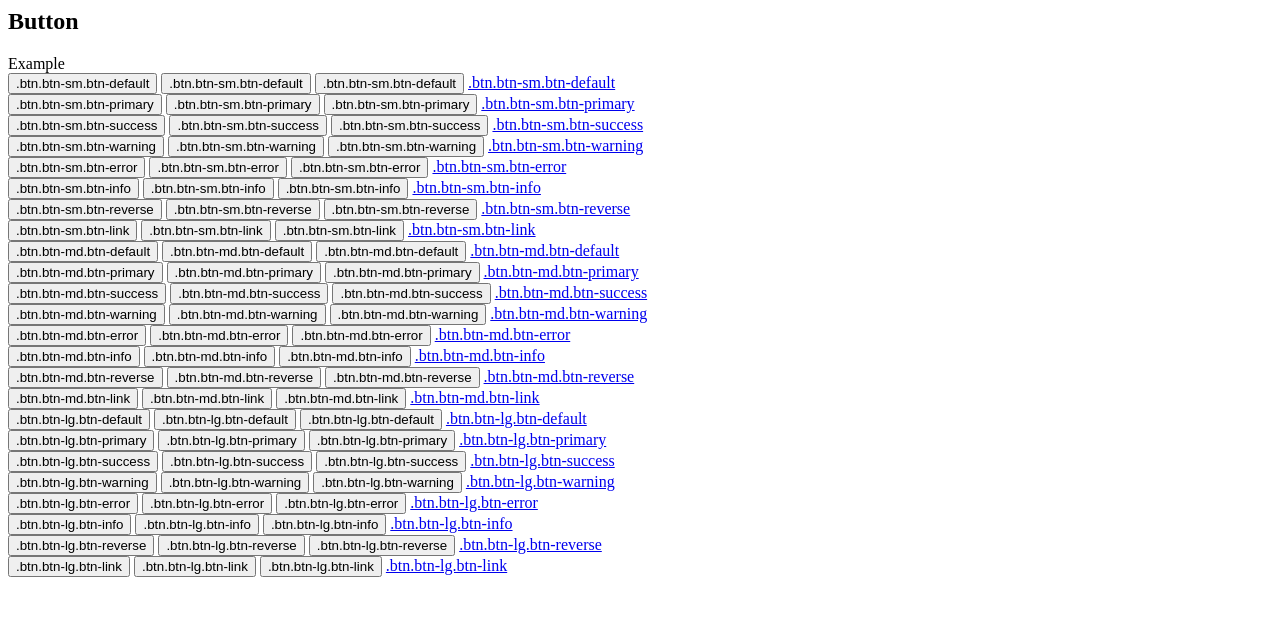
Repository: sympolinc/silk
Page: http://localhost/views/clickables.php
The author's editor kept a record of every edit. The page is drawn from the files as they stood at one moment, then again after the next edit.
The browser window is 1280 px wide. The pictures show the whole page.
The page is run by PHP 8.4 with error messages shown; the project is at /var/www/html/.

Above is the page before.

### views/clickables.php
<div class="section">
    <h2>Button</h2>
    <div class="silk-example">
        <span class="lang">Example</span>
        <div data-example="html">
            <div class="grid-span">
                <div class="row">
                    <div class="span-sm-4">
                        <button type="button" class="btn btn-sm btn-default">.btn.btn-sm.btn-default</button>
                        <button type="button" class="active btn btn-sm btn-default">.btn.btn-sm.btn-default</button>
                        <button type="button" class="disabled btn btn-sm btn-default">.btn.btn-sm.btn-default</button>
                        <a href="#" class="btn btn-sm btn-default">.btn.btn-sm.btn-default</a>
                    </div>
                    <div class="span-sm-4">
                        <button type="button" class="btn btn-sm btn-primary">.btn.btn-sm.btn-primary</button>
                        <button type="button" class="active btn btn-sm btn-primary">.btn.btn-sm.btn-primary</button>
                        <button type="button" class="disabled btn btn-sm btn-primary">.btn.btn-sm.btn-primary</button>
                        <a href="#" class="btn btn-sm btn-primary">.btn.btn-sm.btn-primary</a>
                    </div>
                    <div class="span-sm-4">
                        <button type="button" class="btn btn-sm btn-success">.btn.btn-sm.btn-success</button>
                        <button type="button" class="active btn btn-sm btn-success">.btn.btn-sm.btn-success</button>
                        <button type="button" class="disabled btn btn-sm btn-success">.btn.btn-sm.btn-success</button>
                        <a href="#" class="btn btn-sm btn-success">.btn.btn-sm.btn-success</a>
                    </div>
                    <div class="span-sm-4">
                        <button type="button" class="btn btn-sm btn-warning">.btn.btn-sm.btn-warning</button>
                        <button type="button" class="active btn btn-sm btn-warning">.btn.btn-sm.btn-warning</button>
                        <button type="button" class="disabled btn btn-sm btn-warning">.btn.btn-sm.btn-warning</button>
                        <a href="#" class="btn btn-sm btn-warning">.btn.btn-sm.btn-warning</a>
                    </div>
                    <div class="span-sm-4">
                        <button type="button" class="btn btn-sm btn-error">.btn.btn-sm.btn-error</button>
                        <button type="button" class="active btn btn-sm btn-error">.btn.btn-sm.btn-error</button>
                        <button type="button" class="disabled btn btn-sm btn-error">.btn.btn-sm.btn-error</button>
                        <a href="#" class="btn btn-sm btn-error">.btn.btn-sm.btn-error</a>
                    </div>
                    <div class="span-sm-4">
                        <button type="button" class="btn btn-sm btn-info">.btn.btn-sm.btn-info</button>
                        <button type="button" class="active btn btn-sm btn-info">.btn.btn-sm.btn-info</button>
                        <button type="button" class="disabled btn btn-sm btn-info">.btn.btn-sm.btn-info</button>
                        <a href="#" class="btn btn-sm btn-info">.btn.btn-sm.btn-info</a>
                    </div>
                    <div class="span-sm-4">
                        <button type="button" class="btn btn-sm btn-reverse">.btn.btn-sm.btn-reverse</button>
                        <button type="button" class="active btn btn-sm btn-reverse">.btn.btn-sm.btn-reverse</button>
                        <button type="button" class="disabled btn btn-sm btn-reverse">.btn.btn-sm.btn-reverse</button>
                        <a href="#" class="btn btn-sm btn-reverse">.btn.btn-sm.btn-reverse</a>
                    </div>
                    <div class="span-sm-4">
                        <button type="button" class="btn btn-sm btn-link">.btn.btn-sm.btn-link</button>
                        <button type="button" class="active btn btn-sm btn-link">.btn.btn-sm.btn-link</button>
                        <button type="button" class="disabled btn btn-sm btn-link">.btn.btn-sm.btn-link</button>
                        <a href="#" class="btn btn-sm btn-link">.btn.btn-sm.btn-link</a>
                    </div>
                </div>
                <div class="row">
                    <div class="span-sm-4">
                        <button type="button" class="btn btn-md btn-default">.btn.btn-md.btn-default</button>
                        <button type="button" class="active btn btn-md btn-default">.btn.btn-md.btn-default</button>
                        <button type="button" class="disabled btn btn-md btn-default">.btn.btn-md.btn-default</button>
                        <a href="#" class="btn btn-md btn-default">.btn.btn-md.btn-default</a>
                    </div>
                    <div class="span-sm-4">
                        <button type="button" class="btn btn-md btn-primary">.btn.btn-md.btn-primary</button>
                        <button type="button" class="active btn btn-md btn-primary">.btn.btn-md.btn-primary</button>
                        <button type="button" class="disabled btn btn-md btn-primary">.btn.btn-md.btn-primary</button>
                        <a href="#" class="btn btn-md btn-primary">.btn.btn-md.btn-primary</a>
                    </div>
                    <div class="span-sm-4">
                        <button type="button" class="btn btn-md btn-success">.btn.btn-md.btn-success</button>
                        <button type="button" class="active btn btn-md btn-success">.btn.btn-md.btn-success</button>
                        <button type="button" class="disabled btn btn-md btn-success">.btn.btn-md.btn-success</button>
                        <a href="#" class="btn btn-md btn-success">.btn.btn-md.btn-success</a>
                    </div>
                    <div class="span-sm-4">
                        <button type="button" class="btn btn-md btn-warning">.btn.btn-md.btn-warning</button>
                        <button type="button" class="active btn btn-md btn-warning">.btn.btn-md.btn-warning</button>
                        <button type="button" class="disabled btn btn-md btn-warning">.btn.btn-md.btn-warning</button>
                        <a href="#" class="btn btn-md btn-warning">.btn.btn-md.btn-warning</a>
                    </div>
                    <div class="span-sm-4">
                        <button type="button" class="btn btn-md btn-error">.btn.btn-md.btn-error</button>
                        <button type="button" class="active btn btn-md btn-error">.btn.btn-md.btn-error</button>
                        <button type="button" class="disabled btn btn-md btn-error">.btn.btn-md.btn-error</button>
                        <a href="#" class="btn btn-md btn-error">.btn.btn-md.btn-error</a>
                    </div>
                    <div class="span-sm-4">
                        <button type="button" class="btn btn-md btn-info">.btn.btn-md.btn-info</button>
                        <button type="button" class="active btn btn-md btn-info">.btn.btn-md.btn-info</button>
                        <button type="button" class="disabled btn btn-md btn-info">.btn.btn-md.btn-info</button>
                        <a href="#" class="btn btn-md btn-info">.btn.btn-md.btn-info</a>
                    </div>
                    <div class="span-sm-4">
                        <button type="button" class="btn btn-md btn-reverse">.btn.btn-md.btn-reverse</button>
                        <button type="button" class="active btn btn-md btn-reverse">.btn.btn-md.btn-reverse</button>
                        <button type="button" class="disabled btn btn-md btn-reverse">.btn.btn-md.btn-reverse</button>
                        <a href="#" class="btn btn-md btn-reverse">.btn.btn-md.btn-reverse</a>
                    </div>
                    <div class="span-sm-4">
                        <button type="button" class="btn btn-md btn-link">.btn.btn-md.btn-link</button>
                        <button type="button" class="active btn btn-md btn-link">.btn.btn-md.btn-link</button>
                        <button type="button" class="disabled btn btn-md btn-link">.btn.btn-md.btn-link</button>
                        <a href="#" class="btn btn-md btn-link">.btn.btn-md.btn-link</a>
                    </div>
                </div>
                <div class="row">
                    <div class="span-sm-4">
                        <button type="button" class="btn btn-lg btn-default">.btn.btn-lg.btn-default</button>
                        <button type="button" class="active btn btn-lg btn-default">.btn.btn-lg.btn-default</button>
                        <button type="button" class="disabled btn btn-lg btn-default">.btn.btn-lg.btn-default</button>
                        <a href="#" class="btn btn-lg btn-default">.btn.btn-lg.btn-default</a>
                    </div>
                    <div class="span-sm-4">
                        <button type="button" class="btn btn-lg btn-primary">.btn.btn-lg.btn-primary</button>
                        <button type="button" class="active btn btn-lg btn-primary">.btn.btn-lg.btn-primary</button>
                        <button type="button" class="disabled btn btn-lg btn-primary">.btn.btn-lg.btn-primary</button>
                        <a href="#" class="btn btn-lg btn-primary">.btn.btn-lg.btn-primary</a>
                    </div>
                    <div class="span-sm-4">
                        <button type="button" class="btn btn-lg btn-success">.btn.btn-lg.btn-success</button>
                        <button type="button" class="active btn btn-lg btn-success">.btn.btn-lg.btn-success</button>
                        <button type="button" class="disabled btn btn-lg btn-success">.btn.btn-lg.btn-success</button>
                        <a href="#" class="btn btn-lg btn-success">.btn.btn-lg.btn-success</a>
                    </div>
                    <div class="span-sm-4">
                        <button type="button" class="btn btn-lg btn-warning">.btn.btn-lg.btn-warning</button>
                        <button type="button" class="active btn btn-lg btn-warning">.btn.btn-lg.btn-warning</button>
                        <button type="button" class="disabled btn btn-lg btn-warning">.btn.btn-lg.btn-warning</button>
                        <a href="#" class="btn btn-lg btn-warning">.btn.btn-lg.btn-warning</a>
                    </div>
                    <div class="span-sm-4">
                        <button type="button" class="btn btn-lg btn-error">.btn.btn-lg.btn-error</button>
                        <button type="button" class="active btn btn-lg btn-error">.btn.btn-lg.btn-error</button>
                        <button type="button" class="disabled btn btn-lg btn-error">.btn.btn-lg.btn-error</button>
                        <a href="#" class="btn btn-lg btn-error">.btn.btn-lg.btn-error</a>
                    </div>
                    <div class="span-sm-4">
                        <button type="button" class="btn btn-lg btn-info">.btn.btn-lg.btn-info</button>
                        <button type="button" class="active btn btn-lg btn-info">.btn.btn-lg.btn-info</button>
                        <button type="button" class="disabled btn btn-lg btn-info">.btn.btn-lg.btn-info</button>
                        <a href="#" class="btn btn-lg btn-info">.btn.btn-lg.btn-info</a>
                    </div>
                    <div class="span-sm-4">
                        <button type="button" class="btn btn-lg btn-reverse">.btn.btn-lg.btn-reverse</button>
                        <button type="button" class="active btn btn-lg btn-reverse">.btn.btn-lg.btn-reverse</button>
                        <button type="button" class="disabled btn btn-lg btn-reverse">.btn.btn-lg.btn-reverse</button>
                        <a href="#" class="btn btn-lg btn-reverse">.btn.btn-lg.btn-reverse</a>
                    </div>
                    <div class="span-sm-4">
                        <button type="button" class="btn btn-lg btn-link">.btn.btn-lg.btn-link</button>
                        <button type="button" class="active btn btn-lg btn-link">.btn.btn-lg.btn-link</button>
                        <button type="button" class="disabled btn btn-lg btn-link">.btn.btn-lg.btn-link</button>
                        <a href="#" class="btn btn-lg btn-link">.btn.btn-lg.btn-link</a>
                    </div>
                </div>
            </div>
        </div>
    </div>
</div>

After the next edit:
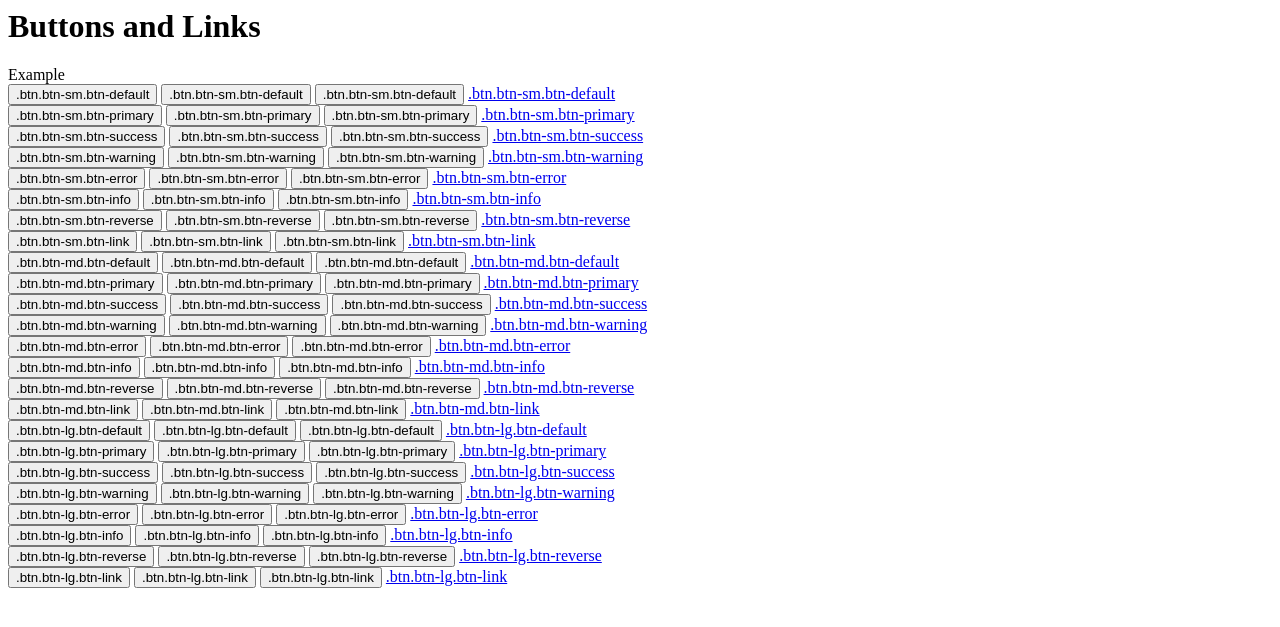
The edit:
--- a/views/clickables.php
+++ b/views/clickables.php
@@ -1,5 +1,5 @@
 <div class="section">
-    <h2>Button</h2>
+    <h1>Buttons and Links</h1>
     <div class="silk-example">
         <span class="lang">Example</span>
         <div data-example="html">
